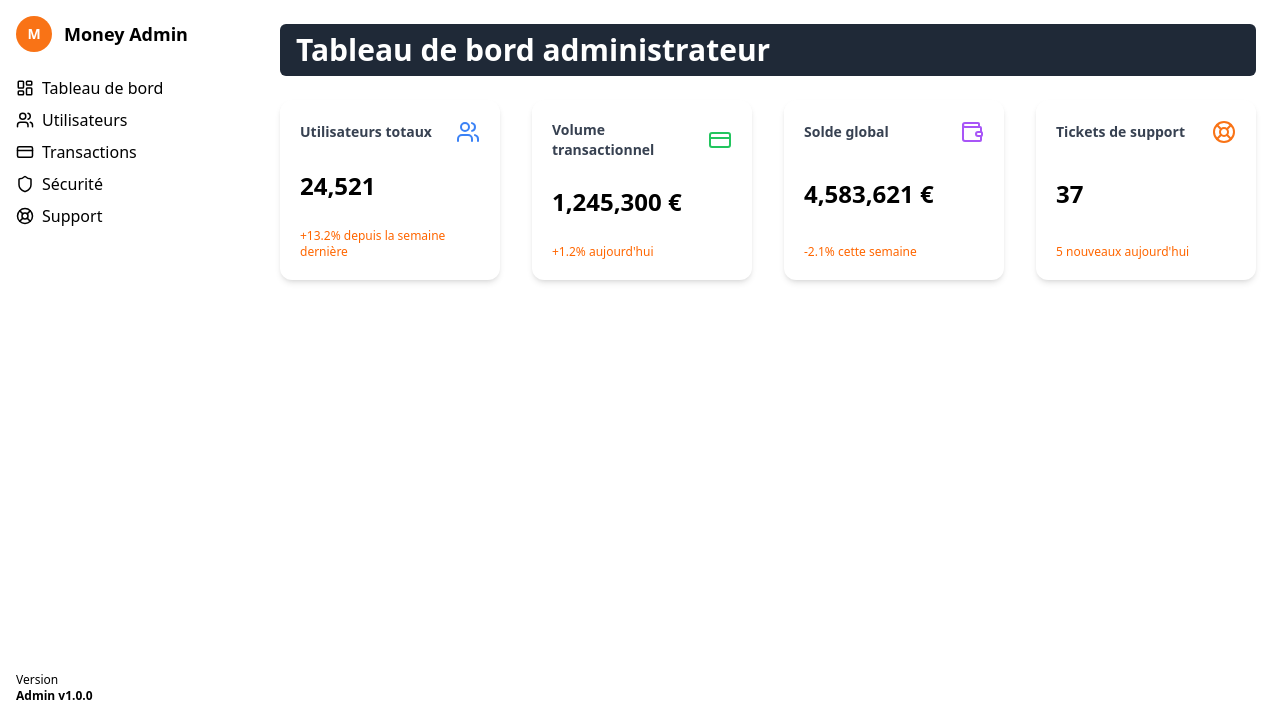
Repository: Edongo999/Dashboard
Page: /
An editor plug-in stored every save of this project. The page is shown before and after the next save, followed by the edit.
The browser window is 1280 px wide. The pictures show the whole page.
The project was rebuilt for these pictures with package versions that can differ from the ones it lists, and the page was loaded fresh each time. Also part of the build but not shown: vite.config.ts.

Above is the page before, as saved 2025-10-13 13:34:29.

After the next save:
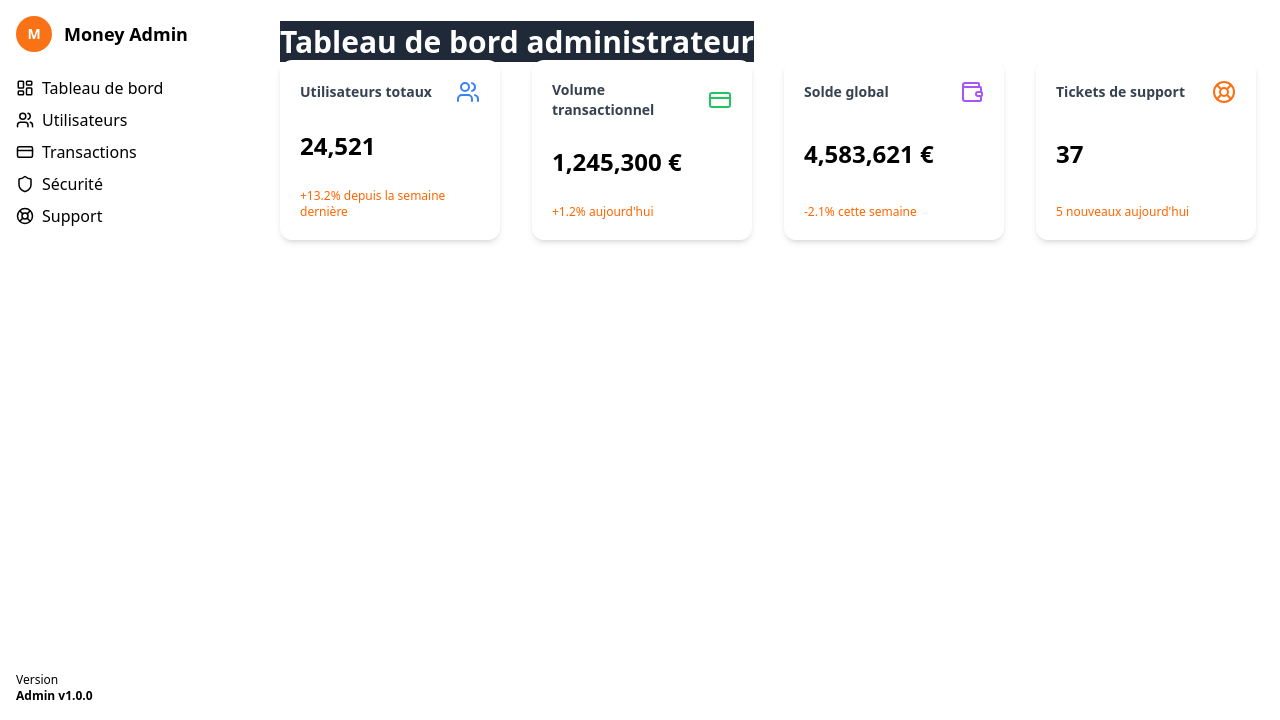
Saved 72 s later.
--- a/src/App.tsx
+++ b/src/App.tsx
@@ -38,12 +38,13 @@ const App = () => {
     <div className="flex min-h-screen">
       <Sidebar />
       <main className="flex-1 overflow-auto p-6 bg-base-100">
-        <h1
-          className="text-3xl font-bold mb-6 px-4 py-2 rounded-md text-white"
-          style={{ backgroundColor: "#1F2937" }}
+       <h1
+          className="text-3xl font-bold mb-6 text-white"
+          style={{ backgroundColor: "#1F2937", display: "inline" }}
         >
           Tableau de bord administrateur
         </h1>
+
 
 
         {/* Cartes KPI bien espacées */}
